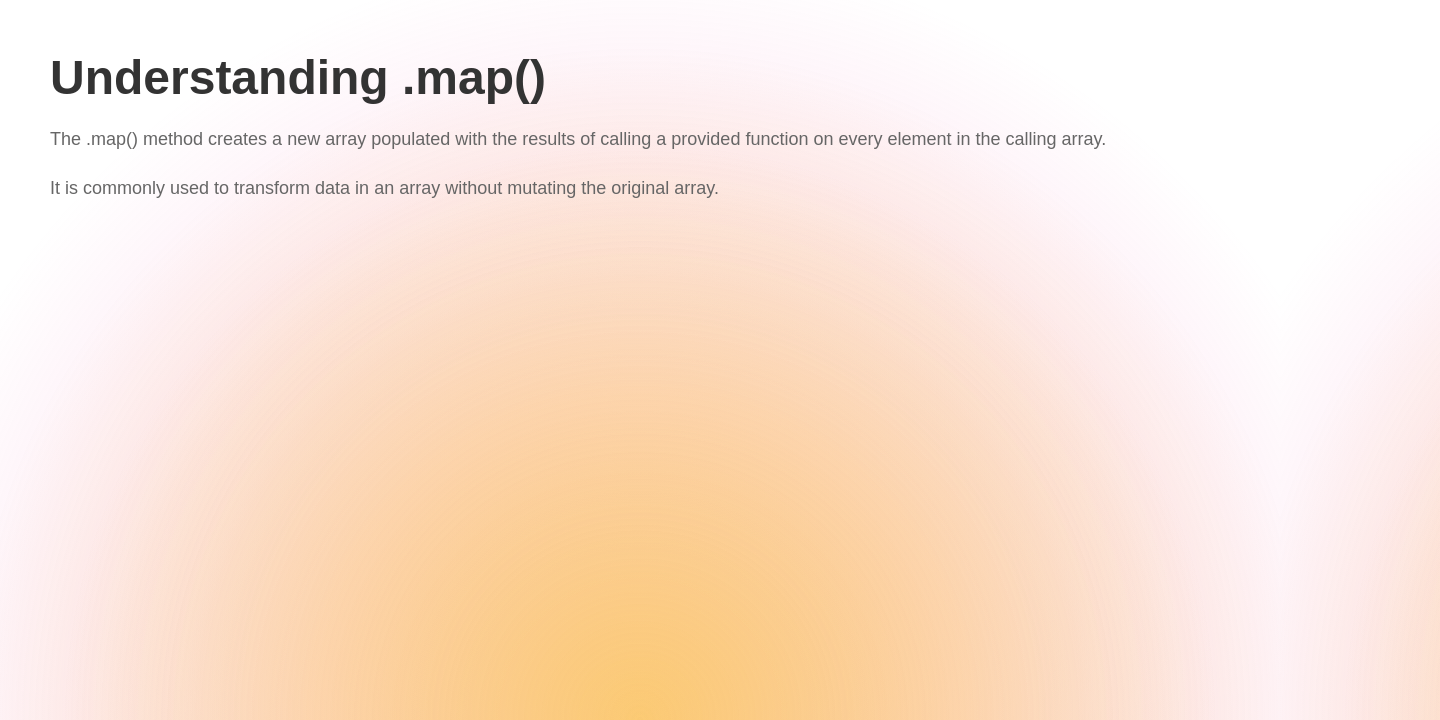
Repository: neelpatel6262/task-manager
Page: index.html
An editor plug-in stored every save of this project. The page is shown before and after the next save, followed by the edit.
The browser window is 1280 px wide. The page is 1440 px wide, so the pictures cover 1440 px, including what lies to the right of the window. The pictures show the whole page.
Some web fonts or font styles are not loaded; a fallback is used. Some web libraries are served in a nearby version.

Above is the page before, as saved 2025-08-25 15:47:15.

### index.html
<!DOCTYPE html>
<html lang="en">

<head>
  <meta charset="UTF-8">
  <meta name="viewport" content="width=device-width, initial-scale=1.0">
  <title>Javascript Concepts</title>
  <link rel="stylesheet" href="style.css">
  <script src="script.js"></script>
  <link rel="stylesheet" href="https://unicons.iconscout.com/release/v4.0.8/css/line.css">
  <link rel="preconnect" href="https://fonts.googleapis.com">
  <link rel="preconnect" href="https://fonts.gstatic.com" crossorigin>
  <script src="https://cdn.jsdelivr.net/npm/gsap@3.12.5/dist/gsap.min.js"></script>
  <link
    href="https://fonts.googleapis.com/css2?family=Asap:ital,wght@0,100..900;1,100..900&family=BioRhyme:wght@200..800&family=Bricolage+Grotesque:opsz,wght@12..96,200..800&family=DM+Sans:ital,opsz,wght@0,9..40,100..1000;1,9..40,100..1000&family=Inter:ital,opsz,wght@0,14..32,100..900;1,14..32,100..900&family=Italiana&family=Lora:ital,wght@0,400..700;1,400..700&family=Merriweather:ital,wght@0,300;0,400;0,700;0,900;1,300;1,400;1,700;1,900&family=Montserrat:ital,wght@0,100..900;1,100..900&family=Noto+Sans+Indic+Siyaq+Numbers&family=Noto+Sans+Old+Italic&family=Nunito:ital,wght@0,200..1000;1,200..1000&family=Pathway+Extreme:ital,opsz,wght@0,8..144,100..900;1,8..144,100..900&family=Poppins:ital,wght@0,100;0,200;0,300;0,400;0,500;0,600;0,700;0,800;0,900;1,100;1,200;1,300;1,400;1,500;1,600;1,700;1,800;1,900&family=Raleway:ital,wght@0,100..900;1,100..900&family=Space+Grotesk:wght@300..700&family=Spectral:ital,wght@0,200;0,300;0,400;0,500;0,600;0,700;0,800;1,200;1,300;1,400;1,500;1,600;1,700;1,800&family=Unbounded:wght@200..900&family=Work+Sans:ital,wght@0,100..900;1,100..900&family=Zilla+Slab:ital,wght@0,300;0,400;0,500;0,600;0,700;1,300;1,400;1,500;1,600;1,700&display=swap"
    rel="stylesheet">

</head>
<style>
  body{
    background: radial-gradient(circle at 50% 100%, rgba(253, 224, 71, 0.4) 0%, transparent 60%),
      radial-gradient(circle at 50% 100%, rgba(251, 191, 36, 0.4) 0%, transparent 70%),
      radial-gradient(circle at 50% 100%, rgba(244, 114, 182, 0.5) 0%, transparent 80%);

    width: 1440px;
    height: 100vh;
    font-family: sans-serif;
  }


  h1 {
    font-size: 48px;
    font-weight: 800;
    margin-left: 50px;
    padding-top: 50px;
    color: #333;
  }

  p {
    font-size: 18px;
    line-height: 1.6;
    margin: 20px 50px;
    color: #666;
  }
</style>

<script>

<!-- Rest ... collects the "rest" of the values. -->


collectRest(1, 2, 3, 4, 5);
function collectRest(...args) {
  let [first, second, ...rest] = args;
  console.log(first);  // 1
  console.log(second); // 2
  console.log(rest);   // [3, 4, 5]
}



</script>

<body>

  <h1>Understanding .map()</h1>
  <p>The <code>.map()</code> method creates a new array populated with the results of calling a provided function on every element in the calling array.</p>
  <p>It is commonly used to transform data in an array without mutating the original array.</p>


</body>

</html>

### style.css
* {
  margin: 0;
  padding: 0;
  box-sizing: border-box;
  font-family: "Bebas Neue", sans-serif;
}

### script.js
// //numbers in javascript

// let num1 = 5;
// let num2 = 10;
// let sum = num1 + num2;
// console.log(`The sum is: ${sum}`);



// //strings in javascript

// let str1 = "Hello";
// let str2 = "World";
// let combined = str1 + " " + str2;
// console.log(`The combined string is: ${combined}`);


// //variables in javascript

// let isJavaScriptFun = true;
// let numberOfStudents = 30;
// let courseName = "JavaScript Basics";

// console.log(`Is JavaScript fun? ${isJavaScriptFun}`);
// console.log(`Number of students enrolled: ${numberOfStudents}`);
// console.log(`Course name: ${courseName}`);



// //boolean in javascript

// let isFishTasty = false;
// console.log(`Is fish tasty? ${isFishTasty}`);


// //conditions in javascript

// let age = 20;

// if (age >= 18) {
//     console.log("You are eligible to vote.");
// } else {
//     console.log("You are not eligible to vote.");
// }



// //functions in javascript

// function addNumbers(a, b) {
//     return a + b;
// }

// let result = addNumbers(5, 10);
// console.log(`The result of addition is: ${result}`);


// //Parameters (Inputs for Functions)

// function greetUser(name) {
//     console.log(`Hello, ${name}!`);
// }


// //objects in javascript

// let student = {
//     name: "John",
//     age: 21,
//     isEnrolled: true
// };

// console.log(`Student Name: ${student.name}`);
// console.log(`Student Age: ${student.age}`);
// console.log(`Is Student Enrolled? ${student.isEnrolled}`);


// //local storage in javascript

// // Storing data
// localStorage.setItem("name", "neel");
// localStorage.setItem("age", 23);

// // Retrieving data
// let storedName = localStorage.getItem("name");
// let storedAge = localStorage.getItem("age");

// console.log(`Stored Name: ${storedName}`);
// console.log(`Stored Age: ${storedAge}`);



// //value and reference types in javascript

// let num = 10; // primitive type
// let anotherNum = num; // value type
// anotherNum = 20; // changing anotherNum doesn't affect num
// console.log(`num: ${num}, anotherNum: ${anotherNum}`);



// // Data Structures

// // Arrays
// let fruits = ["apple", "banana", "orange"];
// console.log(`First fruit: ${fruits[0]}`);

// // Objects
// let car = {
//     make: "Toyota",
//     model: "Camry",
//     year: 2020
// };
// console.log(`Car make: ${car.make}`);


//dom in javascript

// console.log(document.title)

// console.log(document.title = "next learn is react")

// instagram follow btn in javascript




// function toggleFollow() {
//   let followBtn = document.getElementById("follow-btn");
//   if (followBtn.innerText === "Follow") {
//     followBtn.innerText = "Following";
//   } else {
//     followBtn.innerText = "Follow";
//   }
// }

After the next save:
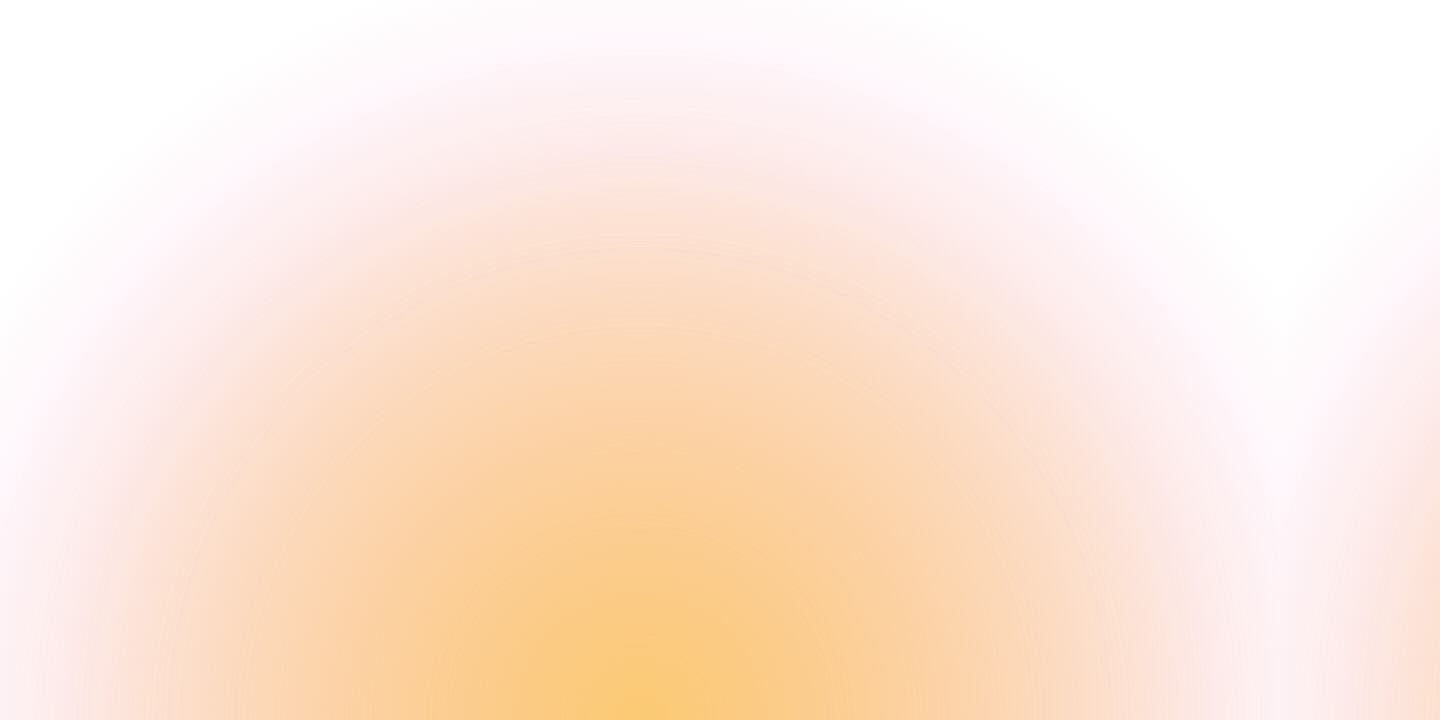
Saved 3 days later.
--- a/index.html
+++ b/index.html
@@ -46,26 +46,59 @@
 
 <script>
 
-<!-- Rest ... collects the "rest" of the values. -->
+  <!-- to-do-list in javascript -->
 
+  const tasks = ['Buy groceries', 'Walk the dog', 'Read a book'];
 
-collectRest(1, 2, 3, 4, 5);
-function collectRest(...args) {
-  let [first, second, ...rest] = args;
-  console.log(first);  // 1
-  console.log(second); // 2
-  console.log(rest);   // [3, 4, 5]
-}
+  tasks.forEach(task => {
+    console.log(`Task: ${task}`);
+  });
+  // Mark task as complete
+  const completedTasks = tasks.map(task => `${task} - Completed`);
+  console.log(completedTasks);
 
+  // Remove a task
+  const removedTask = tasks.filter(task => task !== 'Walk the dog');
+  console.log(removedTask);
+
+  // Add a new task
+  const newTasks = [...tasks, 'Finish homework'];
+  console.log(newTasks);
+
+  // Clear all tasks
+  tasks.length = 0;
+  console.log(tasks);
+
+  // Re-add all tasks
+  tasks.push(...newTasks);
+  console.log(tasks);
+
+  // Clear all tasks
+  tasks.length = 0;
+  console.log(tasks);
+
+  // Re-add all tasks
+  tasks.push(...newTasks);
+  console.log(tasks);
+
+  // Clear all tasks
+  tasks.length = 0;
+  console.log(tasks);
+
+  // Re-add all tasks
+  tasks.push(...newTasks);
+  console.log(tasks);
+
+  // Clear all tasks
+  tasks.length = 0;
+  console.log(tasks);
 
 
 </script>
 
 <body>
 
-  <h1>Understanding .map()</h1>
-  <p>The <code>.map()</code> method creates a new array populated with the results of calling a provided function on every element in the calling array.</p>
-  <p>It is commonly used to transform data in an array without mutating the original array.</p>
+
 
 
 </body>
